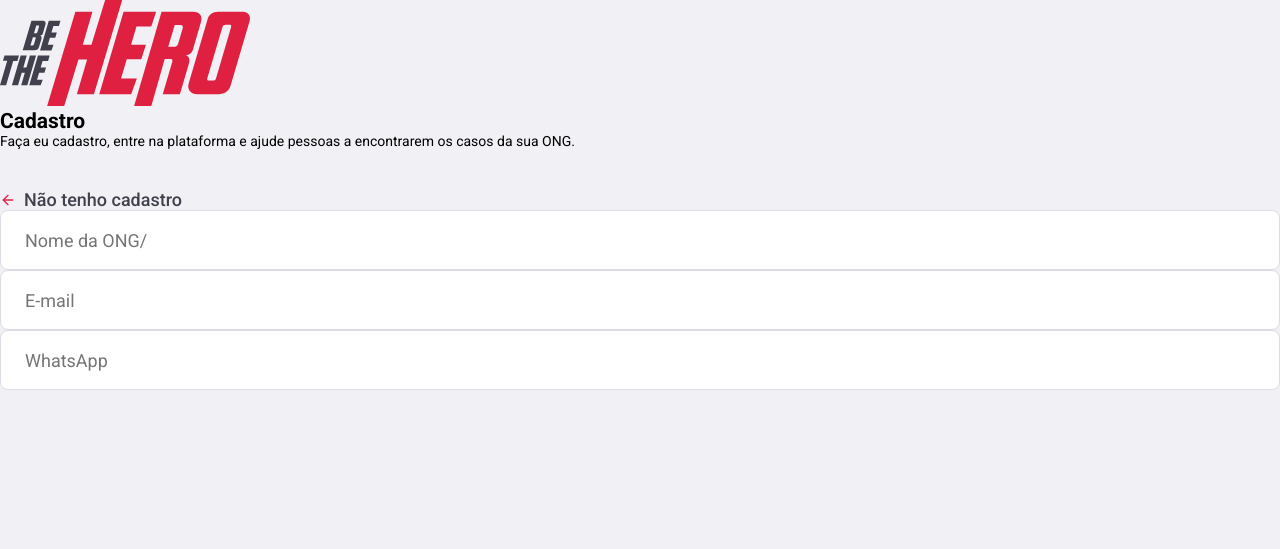
Repository: lucas-silva-dev/be-the-hero
Page: /register (app in frontend/)
The author's editor kept a copy of each file at every save. The page is drawn from the files as they stood at one save, then again after the next save.
The browser window is 1280 px wide. The pictures show the whole page.
The project was rebuilt for these pictures with package versions that can differ from the ones it lists, and the page was loaded fresh each time. Also part of the build but not shown: frontend/src/pages/Logon/styles.css, frontend/src/pages/Logon/index.js, frontend/src/pages/Register/styles.css.

Above is the page before, as saved 2020-03-25 22:52:43.

### frontend/public/index.html
<!DOCTYPE html>
<html lang="en">

<head>
  <meta charset="utf-8" />
  <!-- <link rel="icon" href="%PUBLIC_URL%/favicon.ico" /> -->
  <meta name="viewport" content="width=device-width, initial-scale=1" />
  <meta name="theme-color" content="#000000" />

  <title>Be The Hero</title>
</head>

<body>
  <noscript>You need to enable JavaScript to run this app.</noscript>
  <div id="root"></div>

</body>

</html>

### frontend/src/global.css
@import url("https://fonts.googleapis.com/css?family=Roboto:400,500,700&display=swap");

* {
  margin: 0;
  padding: 0;
  outline: 0;
  box-sizing: border-box;
}

body {
  font: 400 14px Roboto, sans-serif;
  background: #f0f0f5;
  -webkit-font-smothing: antialiased;
}

input,
button,
textarea {
  font: 400 18px Roboto, sans-serif;
}

button {
  cursor: pointer;
}

form input {
  width: 100%;
  height: 60px;
  color: #333;
  border: 1px solid #dcdce6;
  border-radius: 8px;
  padding: 0 24px;
}

.button {
  width: 100%;
  height: 60px;
  background: #e02041;
  border: 0;
  border-radius: 8px;
  color: #fff;
  font-weight: 700;
  margin-top: 16px;
  display: inline-block;
  text-align: center;
  text-decoration: none;
  font-size: 18px;
  line-height: 60px;
  transition: filter 0.2s;
}

.button:hover {
  filter: brightness(80%);
}

.back-link {
  display: flex;
  align-items: center;
  margin-top: 40px;
  color: #41414d;
  font-size: 18px;
  text-decoration: none;
  font-weight: 500;
  transition: opacity 0.2s;
}

.back-link svg {
  margin-right: 8px;
}

.back-link:hover {
  opacity: 0.8;
}

### frontend/src/routes.js
import React from 'react';
import { BrowserRouter, Route, Switch } from 'react-router-dom';

import Logon from './pages/Logon';
import Register from './pages/Register';

export default function Routes() {
  return (
    <BrowserRouter>
      <Switch>
        <Route path="/" exact component={Logon} />
        <Route path="/register" component={Register} />
      </Switch>
    </BrowserRouter>
  );
}

### frontend/src/pages/Register/index.js
import React from 'react';
import { Link } from 'react-router-dom';
import { FiArrowLeft } from 'react-icons/fi';

import './styles.css';

import logoImg from '../../assets/logo.svg'

export default function Register() {
  return (
    <div className="register-container">
      <div className="content">
        <section>
          <img src={logoImg} alt="Be The Hero Logo" />

          <h1>Cadastro</h1>
          <p>Faça eu cadastro, entre na plataforma e ajude pessoas a encontrarem os casos da sua ONG.</p>

          <Link className="back-link" to="/register">
            <FiArrowLeft size={16} color="#E02041" />
            Não tenho cadastro
          </Link>

        </section>

        <form >
          <input placeholder="Nome da ONG/" />
          <input type="email" placeholder="E-mail" />
          <input placeholder="WhatsApp" />
        </form>
      </div>
    </div>
  );
}

Loaded but not shown: frontend/src/index.js (common file); frontend/src/App.js (common file)

After the next save:
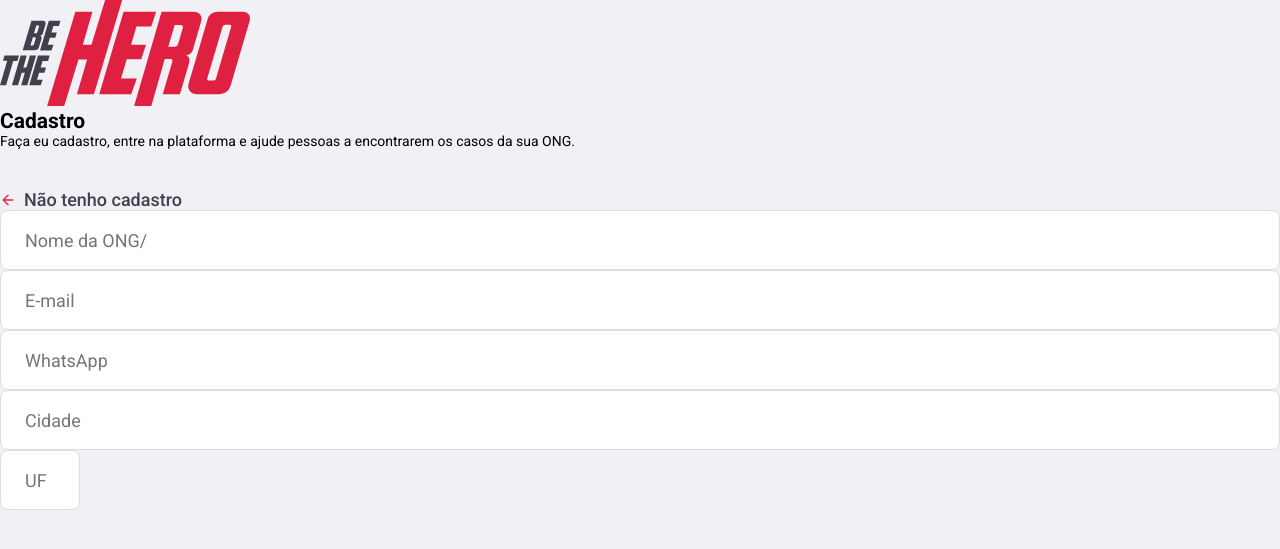
Saved 78 s later.
--- a/frontend/src/pages/Register/index.js
+++ b/frontend/src/pages/Register/index.js
@@ -27,6 +27,11 @@ export default function Register() {
           <input placeholder="Nome da ONG/" />
           <input type="email" placeholder="E-mail" />
           <input placeholder="WhatsApp" />
+
+          <div className="input-group">
+            <input placeholder="Cidade" />
+            <input placeholder="UF" style={{ width: 80 }} />
+          </div>
         </form>
       </div>
     </div>
